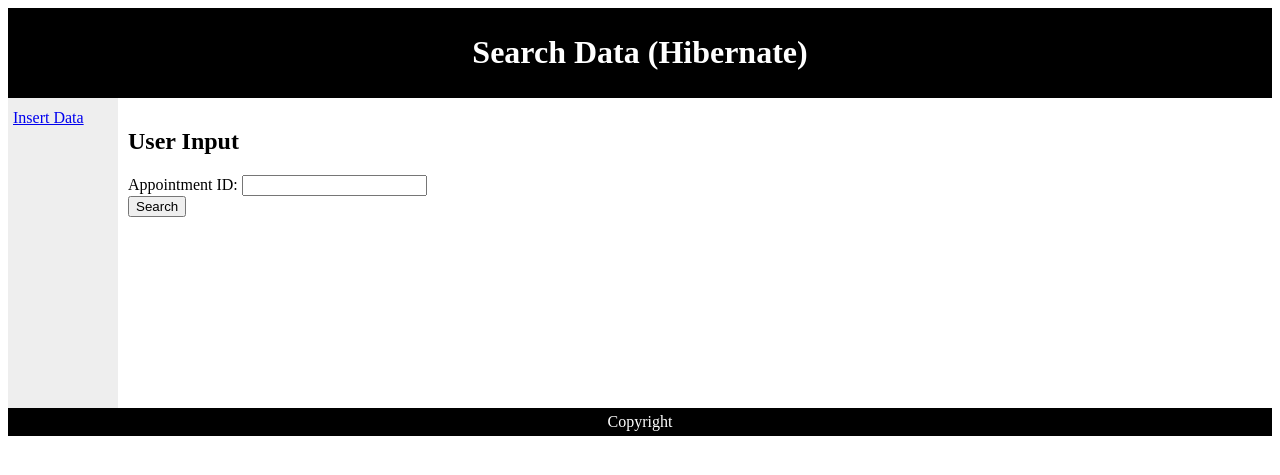
Repository: Doniico/G1_ODM
Page: workspaceCSCI4830-teamproject/teamproject/WebContent/simpleSearchHB.html
These files come from the project's save history. The page is drawn as it stood at one moment and after the next save; the edit follows.
The browser window is 1280 px wide. The pictures show the whole page.

Above is the page before, as saved 2020-04-02 04:29:55.

### workspaceCSCI4830-teamproject/teamproject/WebContent/simpleSearchHB.html
<html>
<head>
<style>
header {
    background-color:black;
    color:white;
    text-align:center;
    padding:5px;
}
nav {
    line-height:30px;
    background-color:#eeeeee;
    height:300px;
    width:100px;
    float:left;
    padding:5px;
}
section {
    width:350px;
    float:left;
    padding:10px;
}
footer {
    background-color:black;
    color:white;
    clear:both;
    text-align:center;
    padding:5px;
}
</style>
</head>

<body>
<header>
<h1> Search Data (Hibernate) </h1>
</header>

<nav>
<a href="/webproject/simpleInsertHB.html"> Insert Data</a> <br>
</nav>

<section>
	<h1>User Input</h1>

	<form action="SimpleSearchHB" method="POST">

		Appointment ID: <input type="text" name="keywordTitle"> <br />
		<!-- Author: <input type = "text" name="keywordAuthor"> <br />-->

		<input type="submit" value="Search" />
	</form>

</section>

<footer>
Copyright
</footer>
</body>
</html>

After the next save:
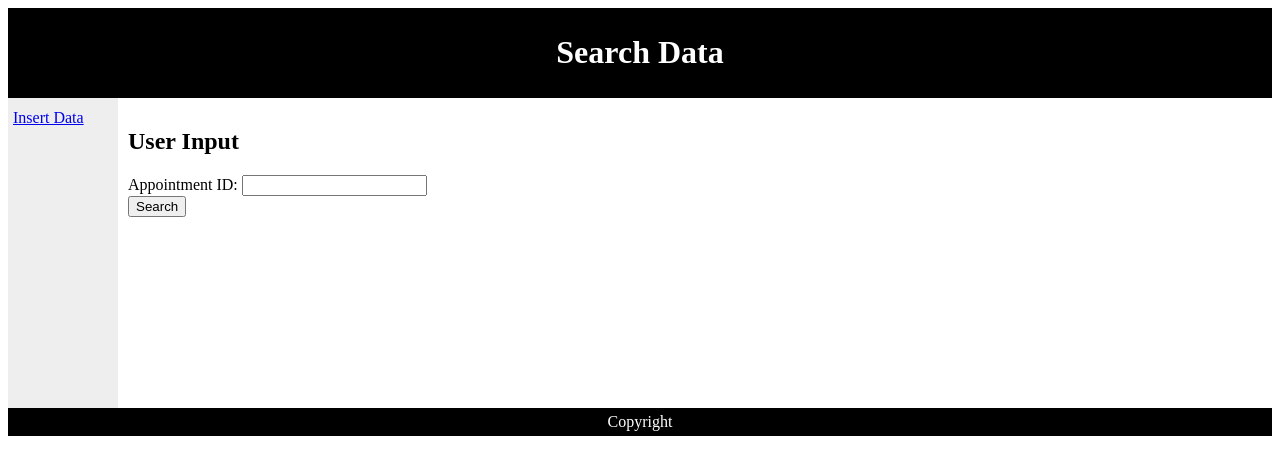
Saved 2 min 34 s later.
--- a/workspaceCSCI4830-teamproject/teamproject/WebContent/simpleSearchHB.html
+++ b/workspaceCSCI4830-teamproject/teamproject/WebContent/simpleSearchHB.html
@@ -32,7 +32,7 @@ footer {
 
 <body>
 <header>
-<h1> Search Data (Hibernate) </h1>
+<h1> Search Data </h1>
 </header>
 
 <nav>
